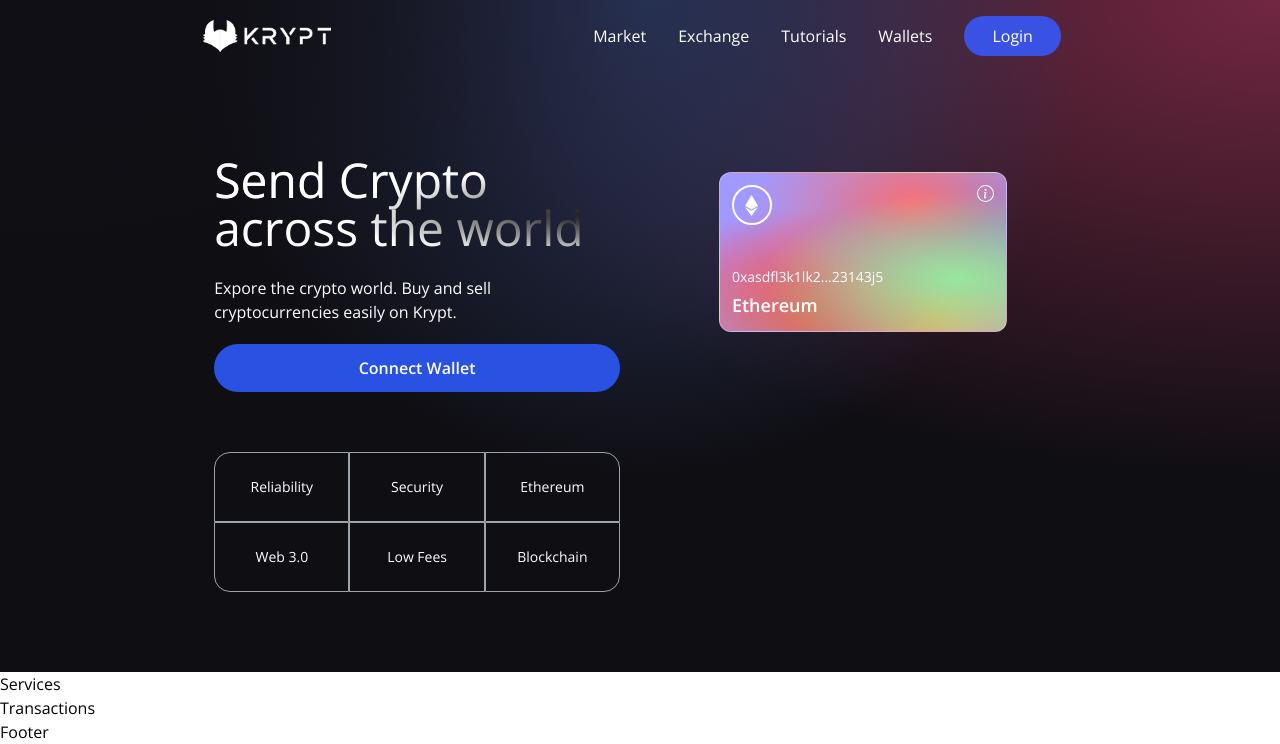
Repository: stephan-chiorean/krypt
Page: / (app in client/)
An editor plug-in stored every save of this project. The page is shown before and after the next save, followed by the edit.
The browser window is 1280 px wide. The pictures show the whole page.
The project was rebuilt for these pictures with package versions that can differ from the ones it lists, and the page was loaded fresh each time. Also part of the build but not shown: client/vite.config.js, client/src/components/Loader.jsx.

Above is the page before, as saved 2023-03-28 15:24:45.

### client/src/App.jsx
import {Navbar, Welcome, Footer, Services, Transactions} from './components';

const App = () => {

  return (
    <div className="min-h-screen">
      <div className="gradient-bg-welcome">
        <Navbar/>
        <Welcome/>
      </div>
      <Services/>
      <Transactions/>
      <Footer/>
    </div>
  )
}

export default App

### client/src/components/index.js
export {default as Loader} from './Loader';
export {default as Navbar} from './Navbar';
export {default as Footer} from './Footer';
export {default as Welcome} from './Welcome';
export {default as Transactions} from './Transactions';
export {default as Services} from './Services';

### client/src/components/Navbar.jsx
import { HiMenuAlt4 } from 'react-icons/hi';
import { AiOutlineClose } from 'react-icons/ai';
import { useState } from 'react';

import logo from '../../images/logo.png';

const NavbarItem = ({ title, classProps }) => {
  return <li className={`mx-4 cursor-pointer ${classProps}`}>{title}</li>;
};
export default () => {
  const [toggleMenu, setToggleMenu] = useState(false);
  return (
    <nav className='w-full flex md:justify-center justify-between items-center p-4'>
      <div className='md:flex-[0.5] flex-initial justify-center items-center'>
        <img src={logo} alt='logo' className='w-32 cursor-pointer' />
      </div>
      <ul className='text-white md:flex hidden list-none flex-row justify-between items-center flex-initial'>
        {['Market', 'Exchange', 'Tutorials', 'Wallets'].map((item, index) => (
          <NavbarItem key={item + index} title={item} />
        ))}
        <li className='bg-[#3952e3] py-2 px-7 mx-4 rounded-full cursor-pointer hover:bg-[#2546bd]'>
          Login
        </li>
      </ul>
      <div className='flex relative'>
        {toggleMenu ? (
          <AiOutlineClose
            fontSize={28}
            className='text-white md:hidden cursor-pointer'
            onClick={() => setToggleMenu(false)}
          />
        ) : (
          <HiMenuAlt4
            fontSize={28}
            className='text-white md:hidden cursor-pointer'
            onClick={() => setToggleMenu(true)}
          />
        )}
        {toggleMenu && (
          <ul className="z-10 fixed top-0 -right-2 p-3 w-[70vw] h-screen shadow-2xl md:hidden list-none flex flex-col justify-start items-end rounded-md blue-glassmorphism text-white animate-slide-in">
            <li className='text-xl w-full my-2'>
              <AiOutlineClose onClick={() => setToggleMenu(false)} className="cursor-pointer"/>
            </li>
            {['Market', 'Exchange', 'Tutorials', 'Wallets'].map(
              (item, index) => (
                <NavbarItem key={item + index} title={item} classProps="my-2 text-lg"/>
              )
            )}
          </ul>
        )}
      </div>
    </nav>
  );
};

### client/src/components/Footer.jsx
import React from 'react'

export default() => {
  return (
    <div>Footer</div>
  )
}

### client/src/components/Welcome.jsx
import { AiFillPlayCircle } from 'react-icons/ai';
import { SiEthereum } from 'react-icons/si';
import { BsInfoCircle } from 'react-icons/bs';
import { Loader } from './';
const commonStyles =
  'min-h-[70px] sm:px-0 px-2 sm:min-w-[120px] flex justify-center items-center border-[0.5px] border-gray-400 text-sm font-light text-white';

export default () => {
  const connectWallet = () => {};
  return (
    <div className='flex w-full justify-center items-center'>
      <div className='flex md:flex-row flex-col itesm-start justify-between md:p-20 py-12 px-4'>
        <div className='flex flex-1 justify-start flex-col md:mr-10'>
          <h1 className='text-3xl sm:text-5xl text-white text-gradient py-1'>
            Send Crypto <br /> across the world
          </h1>
          <p className='text-left mt-5 text-white font-light md:w-9/12 w-11/12 text-base'>
            Expore the crypto world. Buy and sell cryptocurrencies easily on
            Krypt.
          </p>
          <button
            type='button'
            onClick={connectWallet}
            className='flex flex-row justify-center items-center my-5 bg-[#2952e3] p-3 rounded-full cursor-pointer hover:bg-[#2546bd]'
          >
            <p className='text-white text-base font-semibold'>Connect Wallet</p>
          </button>

          <div className='grid sm:grid-cols-3 grid-cols-2 w-full mt-10'>
            <div className={`rounded-tl-2xl ${commonStyles}`}>Reliability</div>
            <div className={commonStyles}>Security</div>
            <div className={`sm:rounded-tr-2xl ${commonStyles}`}>Ethereum</div>
            <div className={`sm:rounded-bl-2xl ${commonStyles}`}>Web 3.0</div>
            <div className={commonStyles}>Low Fees</div>
            <div className={`rounded-br-2xl ${commonStyles}`}>Blockchain</div>
          </div>
        </div>

        <div className="flex flex-col flex-1 items-center justify-start w-full md:mt-0 mt-10">
          <div className="p-3 justify-end items-start flex-col rounded-xl h-40 sm:w-72 w-full my-5 eth-card white-glassmorphism">
            <div className="flex justify-between flex-col w-full h-full">
              <div className="flex justify-between items-start">
                <div className="w-10 h-10 rounded-full border-2 border-white flex justify-center items-center">
                    <SiEthereum fontSize={21} color="#fff" />
                </div>
                <BsInfoCircle fontSize={17} color="#fff" />
              </div>
              <div>
                <p className="text-white font-light text-sm">
                  0xasdfl3k1lk2...23143j5
                </p>
                <p className="text-white font-semibold text-lg mt-1">
                  Ethereum
                </p>
              </div>
            </div>
          </div>
        </div>
      </div>
    </div>
  );
};

### client/src/components/Transactions.jsx
import React from 'react'

export default() => {
  return (
    <div>Transactions</div>
  )
}

### client/src/components/Services.jsx
import React from 'react'

export default() => {
  return (
    <div>Services</div>
  )
}

Loaded but not shown: client/index.html (common file); client/src/main.jsx (common file); client/src/index.css (common file); client/tailwind.config.js (common file)

After the next save:
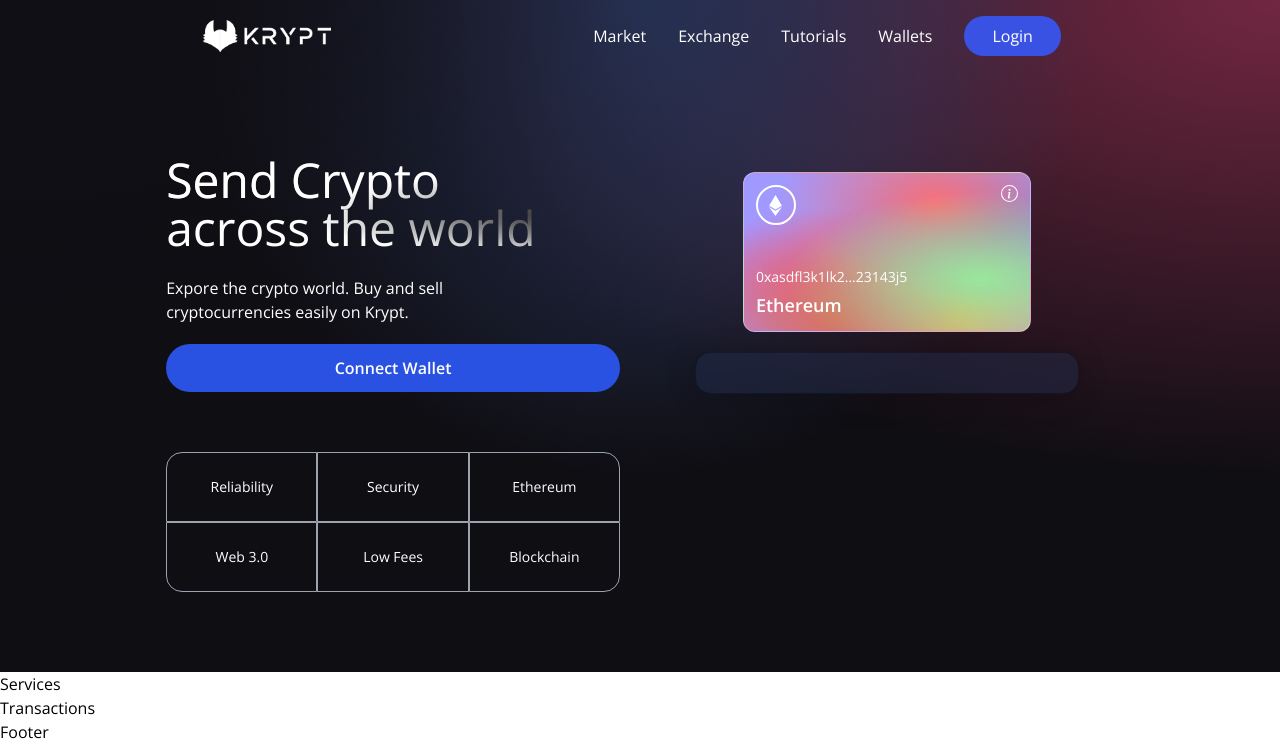
Saved 88 s later.
--- a/client/src/components/Welcome.jsx
+++ b/client/src/components/Welcome.jsx
@@ -55,6 +55,10 @@ export default () => {
               </div>
             </div>
           </div>
+
+          <div className="p-5 sm:w-96 w-full flex flex-col justify-start items-center blue-glassmorphism">
+
+          </div>
         </div>
       </div>
     </div>
